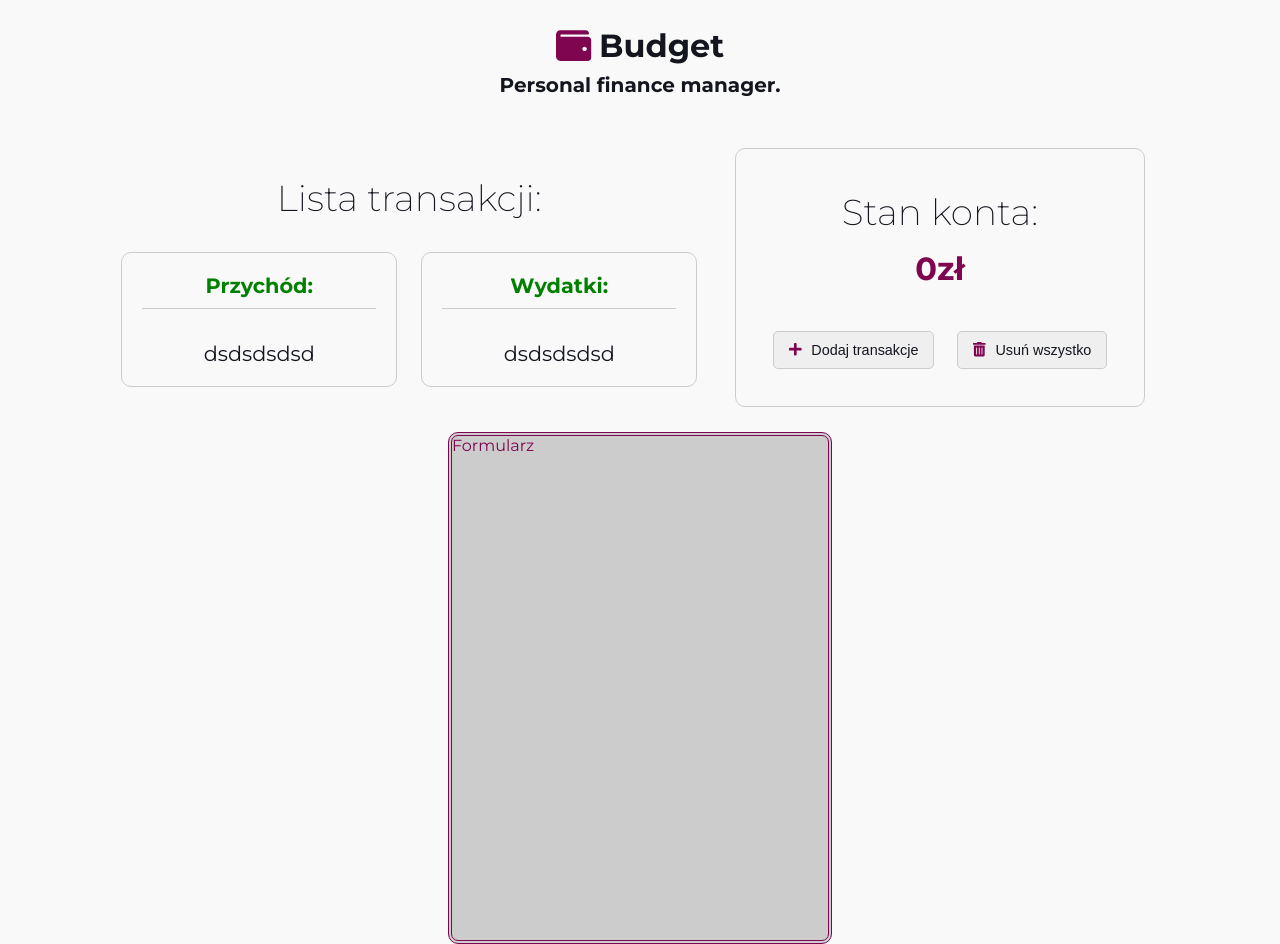
Repository: KrzysKolo/sr_tydzien4_zad4
Page: /
The author's editor kept a copy of each file at every save. The page is drawn from the files as they stood at one save, then again after the next save.
The browser window is 1280 px wide. The pictures show the whole page.
Some web libraries are served in a nearby version. The project was rebuilt for these pictures with package versions that can differ from the ones it lists, and the page was loaded fresh each time.

Above is the page before, as saved 2020-11-30 09:59:15.

After the next save:
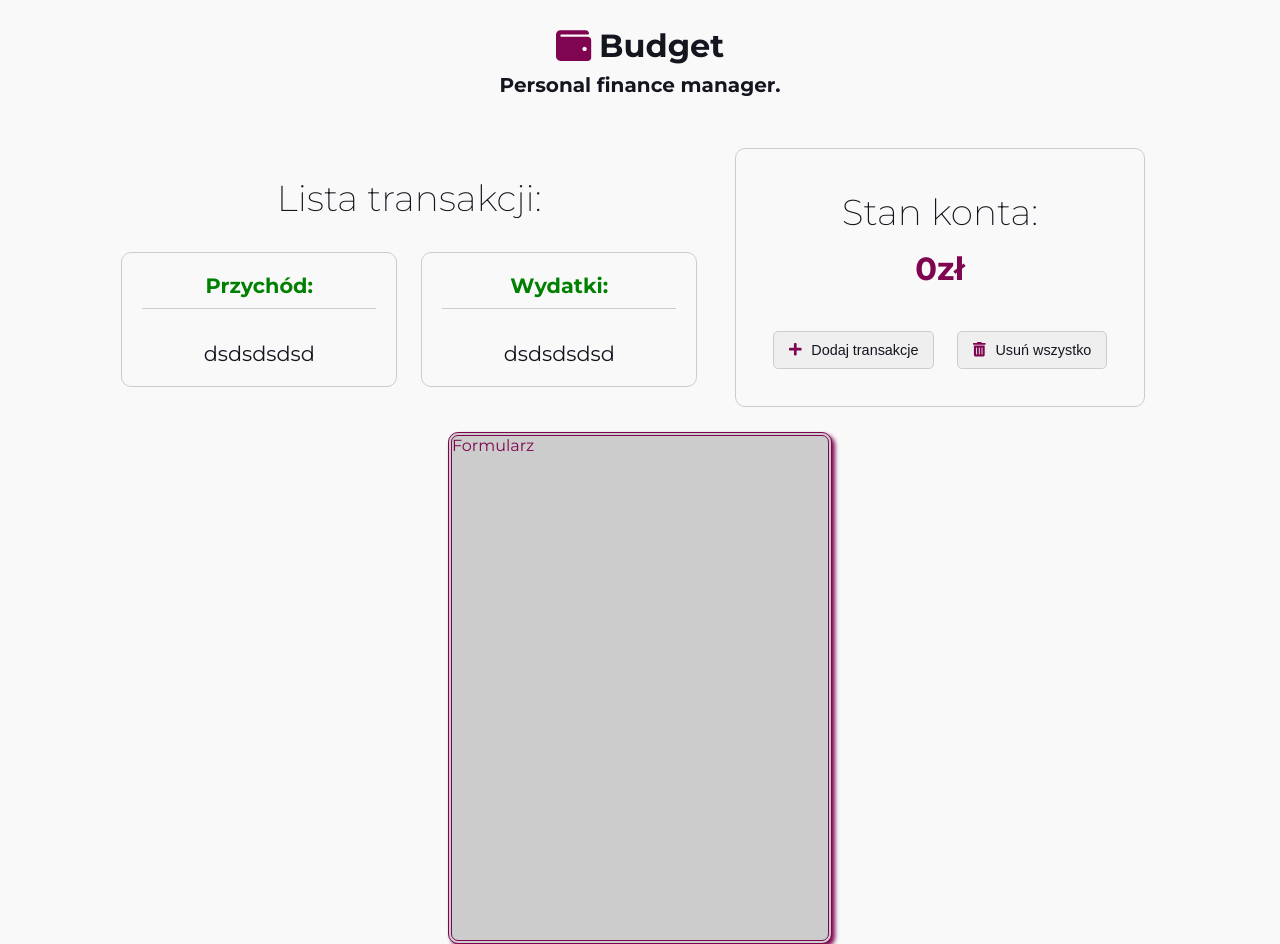
Saved 39 s later.
--- a/src/components/budgetComponents/Form.js
+++ b/src/components/budgetComponents/Form.js
@@ -6,6 +6,7 @@ const FormWrapper = styled.form`
     color: rgb(127, 5, 80);
     border: 4px double rgb(127, 5, 80);
     border-radius: 10px;
+    box-shadow: 3px 3px 4px rgb(127, 5, 80);
     width: 30vw;
     height: 40vw;
     margin: 0 auto;
